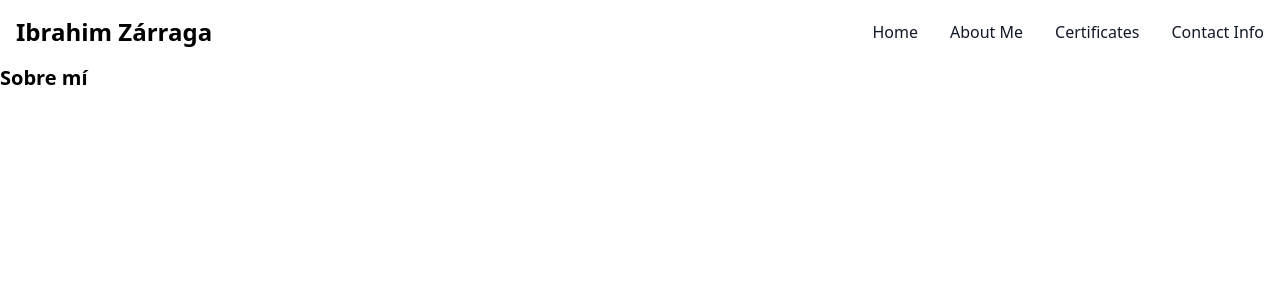
Repository: JetPi/Presentatio-Project
Page: /about/me
An editor plug-in stored every save of this project. The page is shown before and after the next save, followed by the edit.
The browser window is 1280 px wide. The pictures show the whole page.
The project was rebuilt for these pictures with package versions that can differ from the ones it lists, and the page was loaded fresh each time. The framework's server and built-in components were replaced by stand-ins that run in the browser. Also part of the build but not shown: next.config.js.

Above is the page before, as saved 2023-03-31 14:45:25.

After the next save:
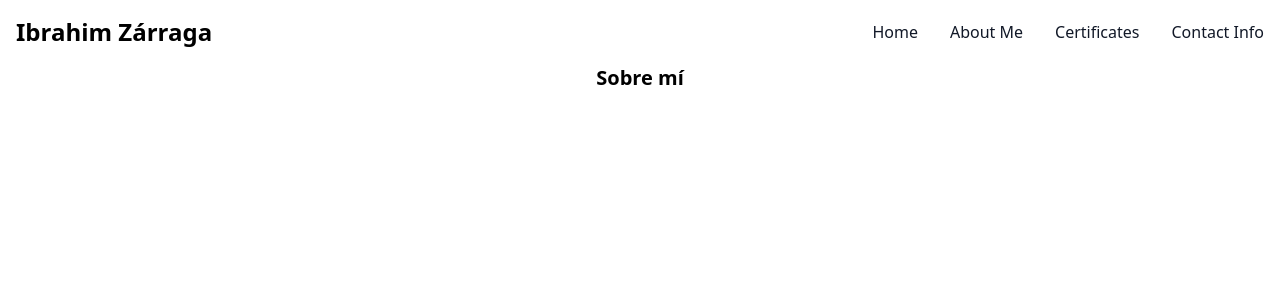
Saved 14 s later.
--- a/src/pages/about/me.tsx
+++ b/src/pages/about/me.tsx
@@ -1,7 +1,7 @@
 export default function AboutMe() {
   return (
     <div>
-      <h1 className="text-xl font-bold">Sobre mí</h1>
+      <h1 className="flex justify-center text-xl font-bold">Sobre mí</h1>
     </div>
   );
 }
